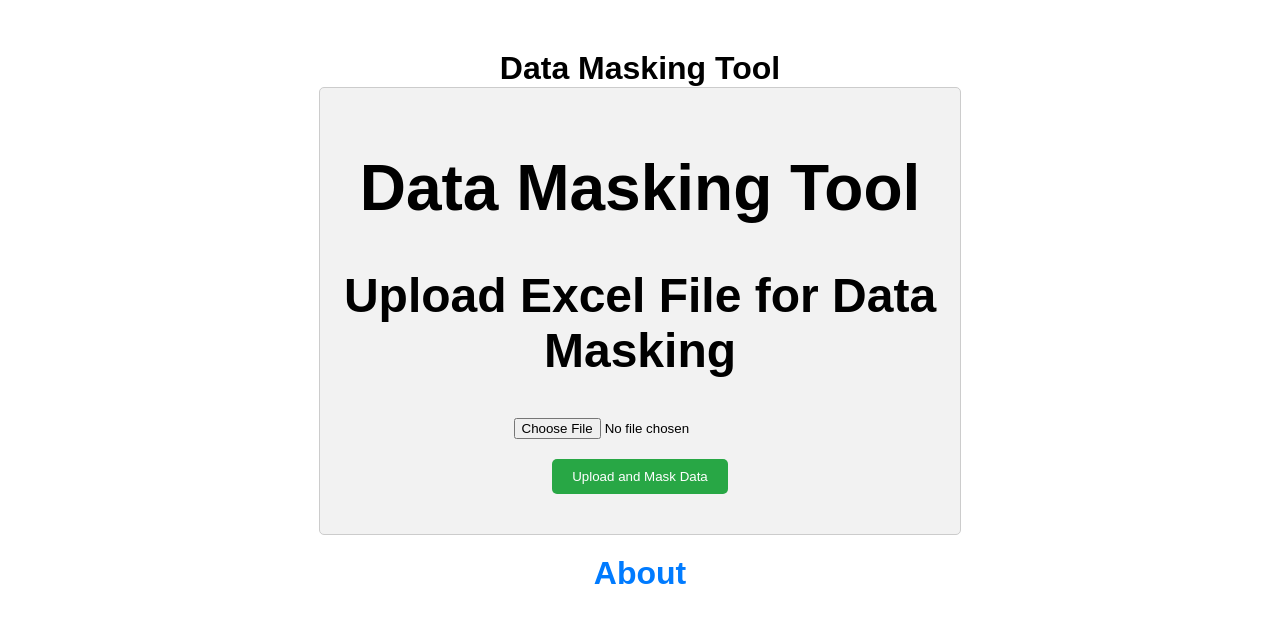
Repository: prithika12/DataMasking_Tool
Page: index.html
The author's editor kept a copy of each file at every save. The page is drawn from the files as they stood at one save, then again after the next save.
The browser window is 1280 px wide. The pictures show the whole page.

Above is the page before, as saved 2024-07-09 11:39:30.

### index.html
<!DOCTYPE html>
<html>
<head>
    <h1>Data Masking Tool</title>
    <style>
        body {
            font-family: Arial, sans-serif;
            margin: 50px;
        }
        .container {
            max-width: 600px;
            margin: 0 auto;
            padding: 20px;
            background-color: #f2f2f2;
            border: 1px solid #ccc;
            border-radius: 5px;
        }
        h1, h2 {
            text-align: center;
        }
        input[type="file"] {
            display: block;
            margin: 20px auto;
        }
        button {
            display: block;
            margin: 20px auto;
            padding: 10px 20px;
            background-color: #28a745;
            color: white;
            border: none;
            border-radius: 5px;
            cursor: pointer;
        }
        button:hover {
            background-color: #218838;
        }
        .about-link {
            text-align: center;
            margin-top: 20px;
        }
        .about-link a {
            color: #007bff;
            text-decoration: none;
        }
        .about-link a:hover {
            text-decoration: underline;
        }
    </style>
</head>
<body>
    <div class="container">
        <h1>Data Masking Tool</h1>
        <h2>Upload Excel File for Data Masking</h2>
        <form action="/uploader" method="post" enctype="multipart/form-data">
            <input type="file" name="file" accept=".xlsx">
            <button type="submit">Upload and Mask Data</button>
        </form>
    </div>
    <div class="about-link">
        <a href="https://github.com/prithika12/DataMasking_Tool/blob/main/README.md" target="_blank">About</a>
    </div>
</body>
</html>

After the next save:
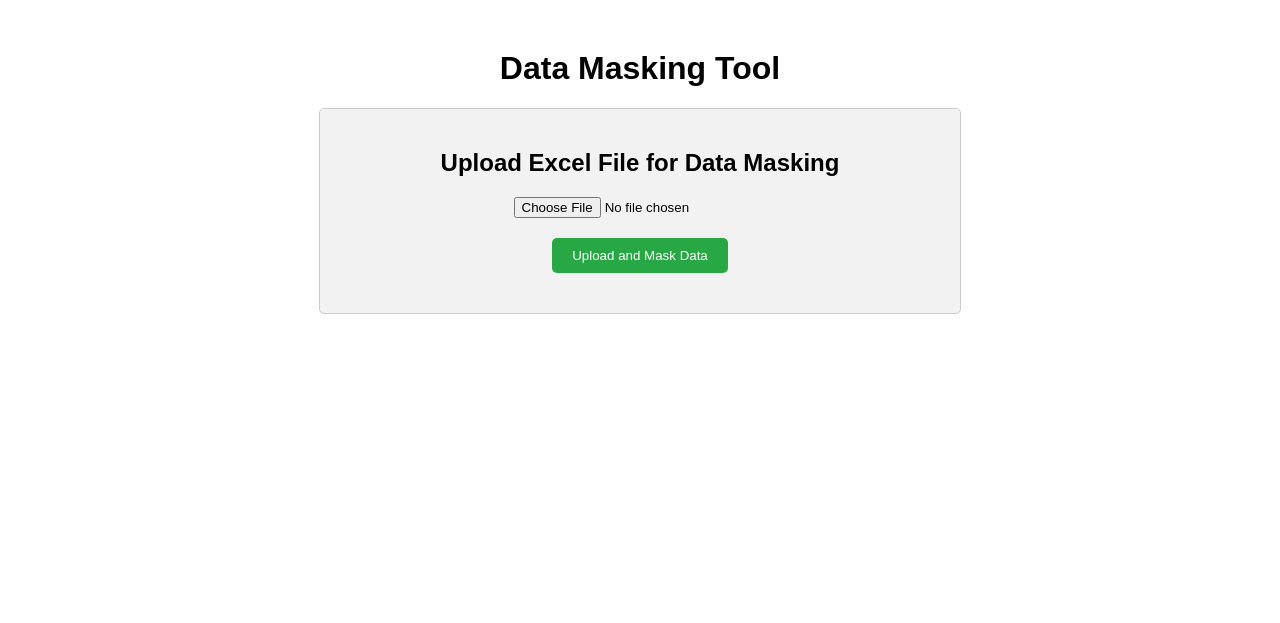
Saved 6 s later.
--- a/index.html
+++ b/index.html
@@ -1,7 +1,7 @@
 <!DOCTYPE html>
 <html>
 <head>
-    <h1>Data Masking Tool</title>
+    <h1>Data Masking Tool</h1>
     <style>
         body {
             font-family: Arial, sans-serif;
@@ -15,7 +15,10 @@
             border: 1px solid #ccc;
             border-radius: 5px;
         }
-        h1, h2 {
+        h2 {
+            text-align: center;
+        }
+        h1 {
             text-align: center;
         }
         input[type="file"] {
@@ -35,30 +38,15 @@
         button:hover {
             background-color: #218838;
         }
-        .about-link {
-            text-align: center;
-            margin-top: 20px;
-        }
-        .about-link a {
-            color: #007bff;
-            text-decoration: none;
-        }
-        .about-link a:hover {
-            text-decoration: underline;
-        }
     </style>
 </head>
 <body>
     <div class="container">
-        <h1>Data Masking Tool</h1>
         <h2>Upload Excel File for Data Masking</h2>
         <form action="/uploader" method="post" enctype="multipart/form-data">
             <input type="file" name="file" accept=".xlsx">
             <button type="submit">Upload and Mask Data</button>
         </form>
     </div>
-    <div class="about-link">
-        <a href="https://github.com/prithika12/DataMasking_Tool/blob/main/README.md" target="_blank">About</a>
-    </div>
 </body>
 </html>
